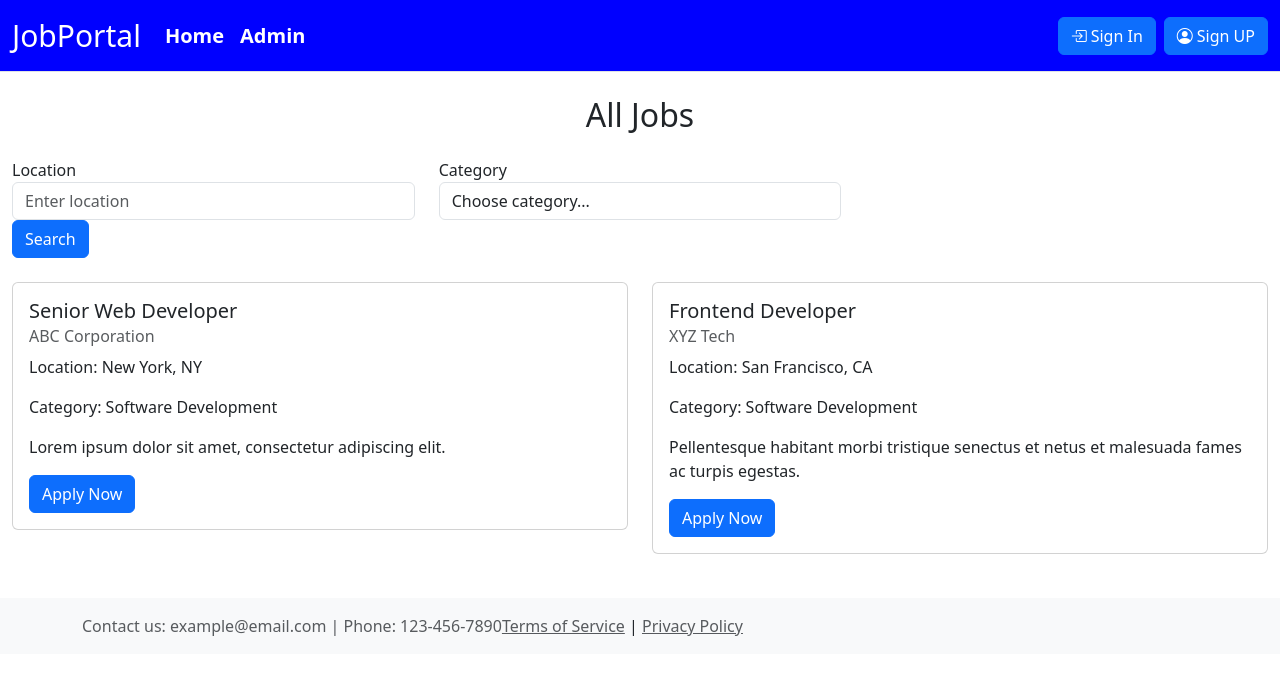
Repository: smruti12344/Job_Portal
Page: http://localhost/Job_portal/home.jsp
An editor plug-in stored every save of this project. The page is shown before and after the next save, followed by the edit.
The browser window is 1280 px wide. The pictures show the whole page.
Some web libraries are served in a nearby version. The page is served by Tomcat 9.

Above is the page before, as saved 2024-04-17 06:04:01.

After the next save:
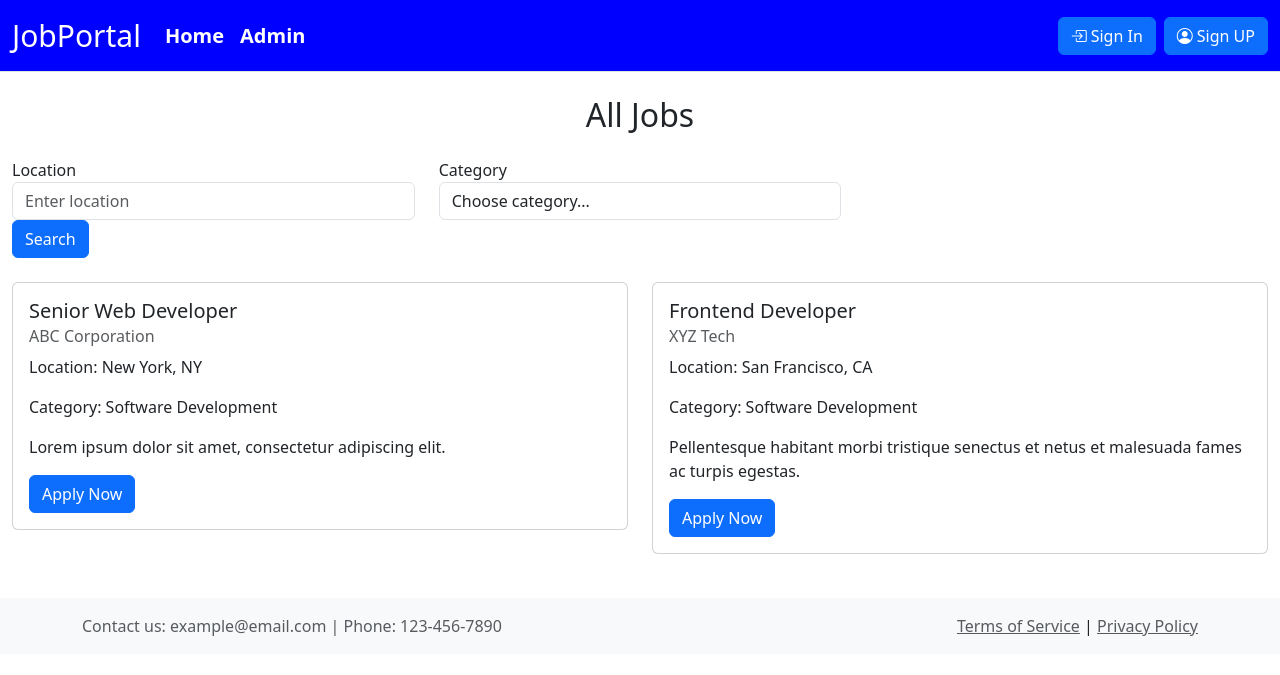
Saved 30 s later.
--- a/Job_portal/src/main/webapp/home.jsp
+++ b/Job_portal/src/main/webapp/home.jsp
@@ -74,7 +74,7 @@
     </div>
 
     <footer class="footer mt-auto py-3 bg-light ">
-        <div class="container d-flex justify-between">
+        <div class="container d-flex justify-content-between">
             <span class="text-muted">Contact us: example@email.com | Phone: 123-456-7890</span>
             <div class="float-right">
                 <a href="#" class="text-muted">Terms of Service</a> |
